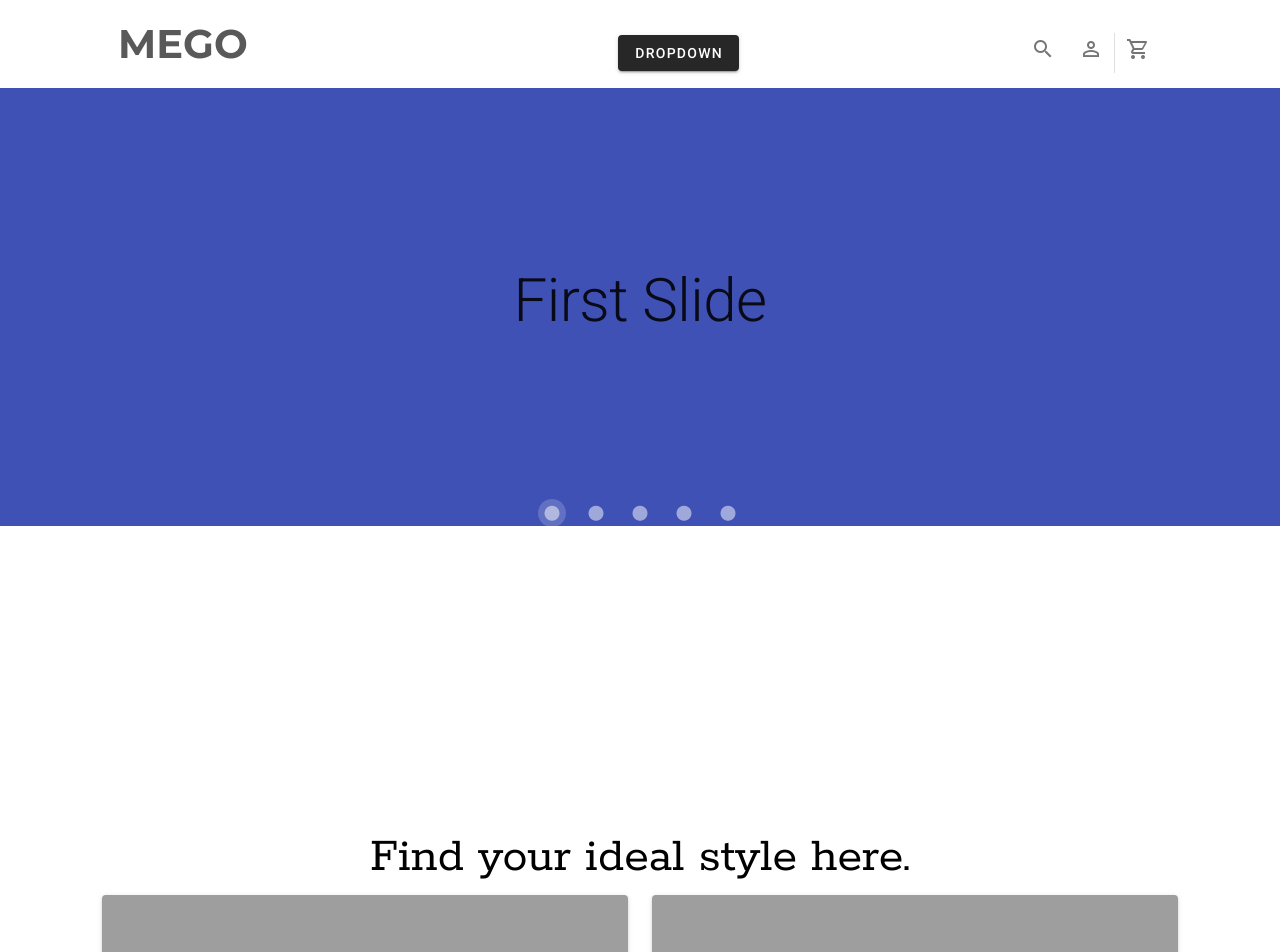
Repository: nguyenphuong152/shoesstore
Page: / (app in frontend-customer/)
The author's editor kept a copy of each file at every save. The page is drawn from the files as they stood at one save, then again after the next save.
The browser window is 1280 px wide. The pictures show the part of the page from y = 0 to 952 px (the page is 2738 px tall).
Pictures or frames that could not be fetched are drawn as grey boxes. The project was rebuilt for these pictures with package versions that can differ from the ones it lists, and the page was loaded fresh each time. Also part of the build but not shown: frontend-customer/vue.config.js, frontend-customer/src/views/Men.vue, frontend-customer/src/views/Women.vue.

Above is the page before, as saved 2020-11-19 15:30:44.

### frontend-customer/public/index.html
<!DOCTYPE html>
<html lang="en">
  <head>
    <meta charset="utf-8">
    <meta http-equiv="X-UA-Compatible" content="IE=edge">
    <meta name="viewport" content="width=device-width,initial-scale=1.0">
    <link rel="icon" href="<%= BASE_URL %>favicon.ico">
    <title><%= htmlWebpackPlugin.options.title %></title>
    <link rel="stylesheet" href="https://fonts.googleapis.com/css?family=Roboto:100,300,400,500,700,900">
    <link rel="stylesheet" href="https://cdn.jsdelivr.net/npm/@mdi/font@latest/css/materialdesignicons.min.css">
    <link rel="stylesheet" href="https://fonts.googleapis.com/css?family=Roboto:100,300,400,500,700,900">
    <link href="https://fonts.googleapis.com/css?family=Montserrat:300,400,500,600,700" rel="stylesheet">
	<link href="https://fonts.googleapis.com/css?family=Rokkitt:100,300,400,700" rel="stylesheet">
    <link rel="stylesheet" href="https://cdn.jsdelivr.net/npm/@mdi/font@latest/css/materialdesignicons.min.css">
  </head>
  <body>
    <noscript>
      <strong>We're sorry but <%= htmlWebpackPlugin.options.title %> doesn't work properly without JavaScript enabled. Please enable it to continue.</strong>
    </noscript>
    <div id="app"></div>
    <!-- built files will be auto injected -->
  </body>
</html>

### frontend-customer/src/main.js
import Vue from 'vue'
import App from './App.vue'
import vuetify from './plugins/vuetify';
import router from './router'
import '../sass/style.scss'

Vue.config.productionTip = false

new Vue({
  vuetify,
  router,
  render: h => h(App)
}).$mount('#app')

### frontend-customer/src/App.vue
<template>
  <v-app app>
    <v-container>
      <Toolbar/>
    </v-container>
    <v-main>
      <router-view></router-view>
    </v-main>
      <Footer/>
  </v-app>

</template>

<script>

import Footer from "./components/Footer";
import Toolbar from "./components/Toolbar";

export default {
  name: "App",

  components: {
    Toolbar,
    Footer
  },

  data: () => ({
    //
  }),
};
</script>

### frontend-customer/src/plugins/vuetify.js
import Vue from 'vue';
import Vuetify from 'vuetify/lib';


Vue.use(Vuetify);

const vuetify = new Vuetify({
    theme: {
      themes: {
        light: {
          primary: '#000',
          secondary: '#b0bec5',
          accent: '#8c9eff',
          error: '#b71c1c',
        },
      },
    },
  })

export default new Vuetify({
    vuetify,
});

### frontend-customer/src/router/index.js
import Vue from 'vue'
import VueRouter from 'vue-router'
import Home from '../views/Home.vue'
import Men from '../views/Men.vue'
import Women from '../views/Women.vue'


Vue.use(VueRouter)

const routes = [
  {
    path: '/',
    name: 'Home',
    component: Home
  },
  {
    path: '/men',
    name: 'Men',
    component:Men
  },
  {
    path: '/women',
    name: 'Women',
    component:Women
  },
  {
    path: '/about',
    name: 'About',
    // route level code-splitting
    // this generates a separate chunk (about.[hash].js) for this route
    // which is lazy-loaded when the route is visited.
    component: () => import(/* webpackChunkName: "about" */ '../views/About.vue')
  },
  {
    path: '/contact',
    name: 'Contact',
    component: () => import(/* webpackChunkName: "about" */ '../views/Contact.vue')
  },
  {
    path: '/cart',
    name: 'Cart',
    component: () => import(/* webpackChunkName: "about" */ '../views/Cart.vue')
  },
  {
    path: '/account',
    name: 'Account',
    component: () => import(/* webpackChunkName: "about" */ '../views/Account.vue')
  },
]

const router = new VueRouter({
  mode: 'history',
  base: process.env.BASE_URL,
  routes
})

export default router

### frontend-customer/sass/style.scss

$font-primary: 'Montserrat',
Arial,
sans-serif;
$font-secondary: 'Rokkitt',
Georgia,
serif;

// Overrides
$grid-gutter-width: 20px !default;
$border-radius-base: 4px !default;
$padding-base-vertical: 14px !default;

$brand-primary: #616161 !default;
$brand-secondary: #88c8bc !default;
$brand-yellow: #FFDD00 !default;
$brand-footer-color: #2C2E3E;

$brand-white: #fff;
$brand-black: #000;
$brand-darker: #444;
$brand-gray: #ccc;
$brand-lighter: #e9e9e9;
$brand-body-color: #e8e8e8;
$brand-selection-color: #f9f6f0;
$brand-overlay-color: #4c4a8a;
$brand-bg-color: $brand-white;


#app {
  -webkit-font-smoothing: antialiased;
  -moz-osx-font-smoothing: grayscale;

  text-align: center;
  .container {
    max-width: 1100px;
  }
  font: 300
}

.nav {
  padding-left: 0px;
  a {
    font-size: 20px;
    color: lighten($brand-black,35%);
    font-family: $font-secondary;
    text-decoration: none;
    font-weight: 500;
    &.router-link-exact-active {
      color: #42b983;
    }

  }
}

#logo {
  font-size: 40px;
  font-weight: 700;
  font-family: $font-primary;
  color: lighten($brand-black, 35%);
}


.slogan {
  font-size: 50px;
  color: #2c3e50;
  font-family: $font-secondary;
  text-decoration: none;
}

.title-collection{
  @extend .slogan;
  font-size: 25px;
}


.slogan-3 {
  @extend .slogan;
  font-size: 35px;
}

.title-shoes {
  @extend .slogan;
  font-size: 22px;
}


.footer-text {
  font-family:$font-primary;
  font-size: 16px;
}

### frontend-customer/src/components/Footer.vue
<template>
  <v-footer class="white" padless>
    <v-row justify="center" no-gutters>
      <v-btn
        v-for="link in links"
        :key="link"
        color="black"
        text
        rounded
        class="my-2 footer-text"
      >
        {{ link }}
      </v-btn>
      <v-col class="white py-4 text-center fluid footer-text" cols="12">
        {{ new Date().getFullYear() }} — <strong>Made with love</strong>
      </v-col>
    </v-row>
  </v-footer>
</template>

<script>
export default {
  data: () => ({
    links: ["Home", "About Us", "Team", "Services", "Blog", "Contact Us"],
  }),
};
</script>

<style></style>

### frontend-customer/src/components/Toolbar.vue
<template>
  <v-toolbar flat>
    <v-row class="d-flex align-baseline">
      <v-col cols="3" class="d-flex justify-lg-start">
        <v-toolbar-title id="logo">MEGO</v-toolbar-title>
      </v-col>
      <v-col class="d-flex justify-space-around text-start nav">
        <v-menu offset-y>
      <template v-slot:activator="{ on, attrs }">
        <v-btn
          color="whitr"
          dark
          v-bind="attrs"
          v-on="on"
        >
          Dropdown
        </v-btn>
      </template>
      <v-list>
        <v-list-item
          v-for="(item, index) in items"
          :key="index"
        >
          <v-list-item-title>{{ item.title }}</v-list-item-title>
        </v-list-item>
      </v-list>
    </v-menu>
        <!-- <router-link to="/">Home</router-link>
        <router-link to="/men">Men</router-link>
        <router-link to="/women">Women</router-link>
        <router-link to="/about">About</router-link>
        <router-link to="/contact">Contact</router-link> -->
      </v-col>
      <v-col cols="2" class="d-flex justify-end">
        <v-btn icon>
          <v-icon>mdi-magnify</v-icon>
        </v-btn>

        <v-btn icon>
          <v-icon>mdi-account-outline</v-icon>
        </v-btn>
        <v-divider vertical inset></v-divider>
        <v-btn icon>
          <v-icon>mdi-cart-outline</v-icon>
        </v-btn>
      </v-col>
    </v-row>
  </v-toolbar>
</template>

<script>
export default {
  data: () => ({
      items: [
        { title: 'Click Me' },
        { title: 'Click Me' },
        { title: 'Click Me' },
        { title: 'Click Me 2' },
      ],
    }),
};
</script>

<style></style>

### frontend-customer/src/views/Home.vue
<template>
  <div class="app">
    <v-main>
      <div class="d-flex flex-column">
            <Banner />
      <v-container >
        <a class="slogan">Find your ideal style here.</a>
        <Collection />
      </v-container>
      <v-container mt-8>
         <a class="slogan">Best Sellers</a>
        <BestSeller />
      </v-container>
      <v-container my-16>
        <a class="slogan-3">Trusted Partners</a>
        <Partner />
      </v-container>
      </div>
    </v-main>
  </div>
</template>

<script>
import Collection from "../components/Collection";
import Banner from "../components/Banner";
import BestSeller from "../components/BestSeller";
import Partner from "../components/Partner";

export default {
  components: {
    Banner,
    Collection,
    BestSeller,
    Partner,
  },

  data: () => ({
    //
  }),
};
</script>

### frontend-customer/src/components/Collection.vue
<template>
  <v-row>
    <v-col v-for="n in 2" :key="n" class="d-flex child-flex" cols="6">
      <v-card>
        <v-img
          :src="`https://picsum.photos/500/300?image=${n * 5 + 10}`"
          :lazy-src="`https://picsum.photos/10/6?image=${n * 5 + 10}`"
         class="grey lighten-2"
        >
          <template v-slot:placeholder>
            <v-row class="fill-height ma-0" align="center" justify="center">
              <v-progress-circular
                indeterminate
                color="grey lighten-5"
              ></v-progress-circular>
            </v-row>
          </template>
        </v-img>
        <v-card-title class="title-collection justify-center">
      {{titles[n-1]}}
    </v-card-title>
      </v-card>
    </v-col>
  </v-row>
</template>

<script>
export default {
      data(){
          return {
              titles:[
                  "Shop Men's Collection",
                  "Shop Women's Collection",
              ],
          }
      }
};
</script>

<style></style>

### frontend-customer/src/components/Banner.vue
<template>
  <v-app>
    <v-carousel
      cycle
      height="450"
      hide-delimiter-background
      show-arrows-on-hover
    >
      <v-carousel-item v-for="(slide, i) in slides" :key="i">
        <v-sheet :color="colors[i]" height="100%">
          <v-row class="fill-height" align="center" justify="center">
            <div class="display-3">{{ slide }} Slide</div>
          </v-row>
        </v-sheet>
      </v-carousel-item>
    </v-carousel>
  </v-app>
</template>

<script>
export default {
  data() {
    return {
      colors: [
        "indigo",
        "warning",
        "pink darken-2",
        "red lighten-1",
        "deep-purple accent-4",
      ],
      slides: ["First", "Second", "Third", "Fourth", "Fifth"],
    };
  },
};
</script>

### frontend-customer/src/components/BestSeller.vue
<template>
  <v-row >
    <v-col v-for="n in 12" :key="n" class="d-flex child-flex" cols="3">
      <v-card class="mx-auto"
    max-width="300"
    max-height="400"
    outlined>
        <v-img
          :src="`https://picsum.photos/500/300?image=${n * 5 + 10}`"
          :lazy-src="`https://picsum.photos/10/6?image=${n * 5 + 10}`"
          aspect-ratio="1"
          class="grey lighten-2"
          height="200"
        >
          <template v-slot:placeholder>
            <v-row class="fill-height ma-0" align="center" justify="center">
              <v-progress-linear
                indeterminate
                color="yellow darken-2"
              ></v-progress-linear>
            </v-row>
          </template>
        </v-img>
        <v-card-title class="title-shoes justify-center" > Pic{{ n }} </v-card-title>
        <v-card-subtitle justify-center >Price</v-card-subtitle>
      </v-card>
    </v-col>
  </v-row>
</template>

<script>
export default {
  data() {},
};
</script>

<style></style>

### frontend-customer/src/components/Partner.vue
<template>
  <v-row class= "d-flex justify-space-around">
    <v-col
      v-for="item in items"
      :key="item.id"
      class="d-flex child-flex"
      cols="2"
    >
        <v-img :src="item.src" class="grey lighten-2">
          <template v-slot:placeholder>
            <v-row class="fill-height ma-0" align="center" justify="center">
              <v-progress-circular
                indeterminate
                color="grey lighten-5"
              ></v-progress-circular>
            </v-row>
          </template>
        </v-img>
    </v-col>
  </v-row>
</template>

<script>
export default {
  data() {
    return {
      items: [
        {
          id: 1,
          src: require("../assets/brand-1.jpg"),
        },
        {
          id: 2,
          src: require("../assets/brand-2.jpg"),
        },
        {
          id: 3,
          src: require("../assets/brand-3.jpg"),
        },
        {
          id: 4,
          src: require("../assets/brand-4.jpg"),
        },
        {
          id: 5,
          src: require("../assets/brand-5.jpg"),
        },
      ],
    };
  },
};
</script>

<style></style>

After the next save:
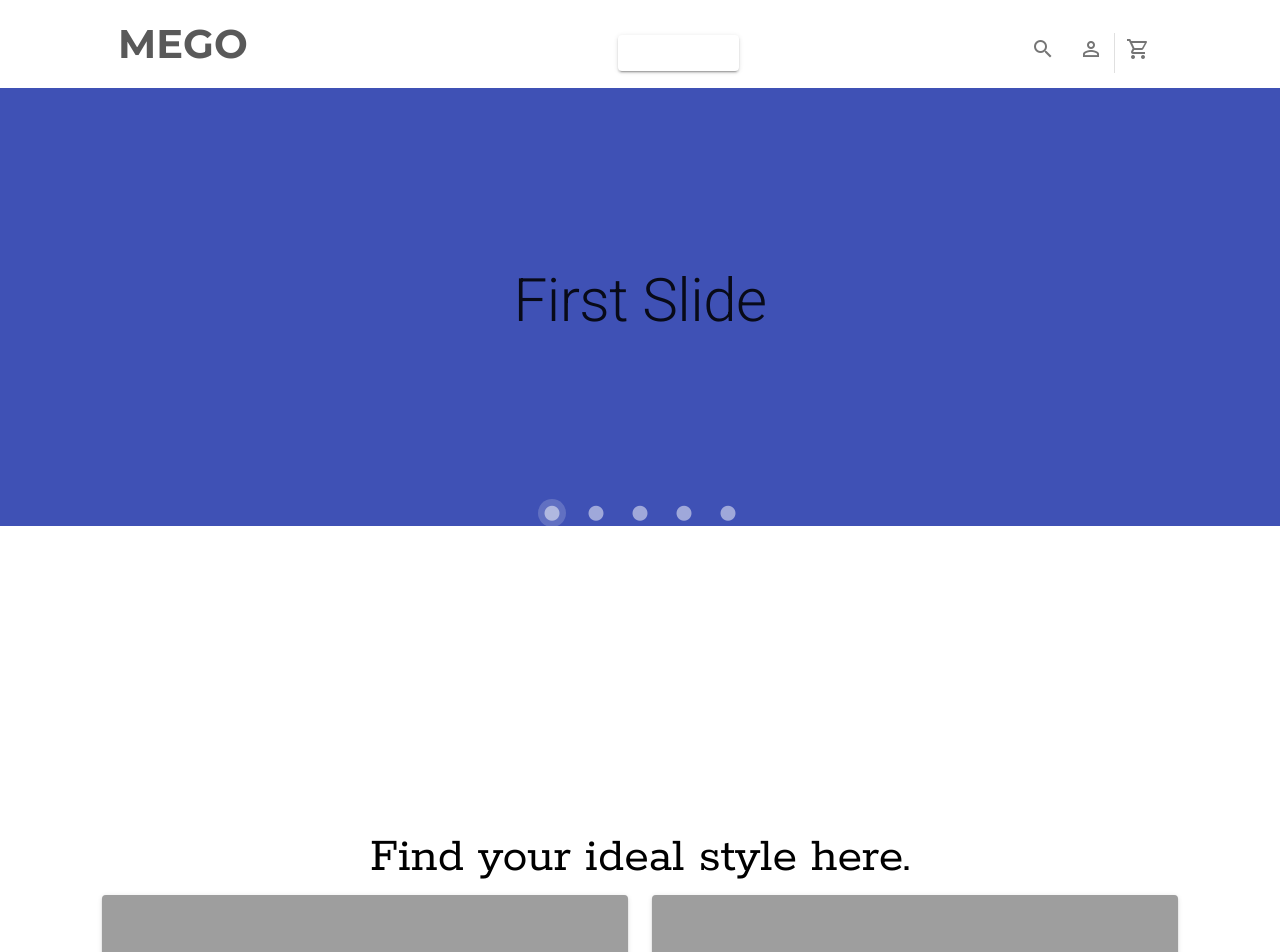
Saved 2 s later.
--- a/frontend-customer/src/components/Toolbar.vue
+++ b/frontend-customer/src/components/Toolbar.vue
@@ -8,7 +8,7 @@
         <v-menu offset-y>
       <template v-slot:activator="{ on, attrs }">
         <v-btn
-          color="whitr"
+          color="white"
           dark
           v-bind="attrs"
           v-on="on"
